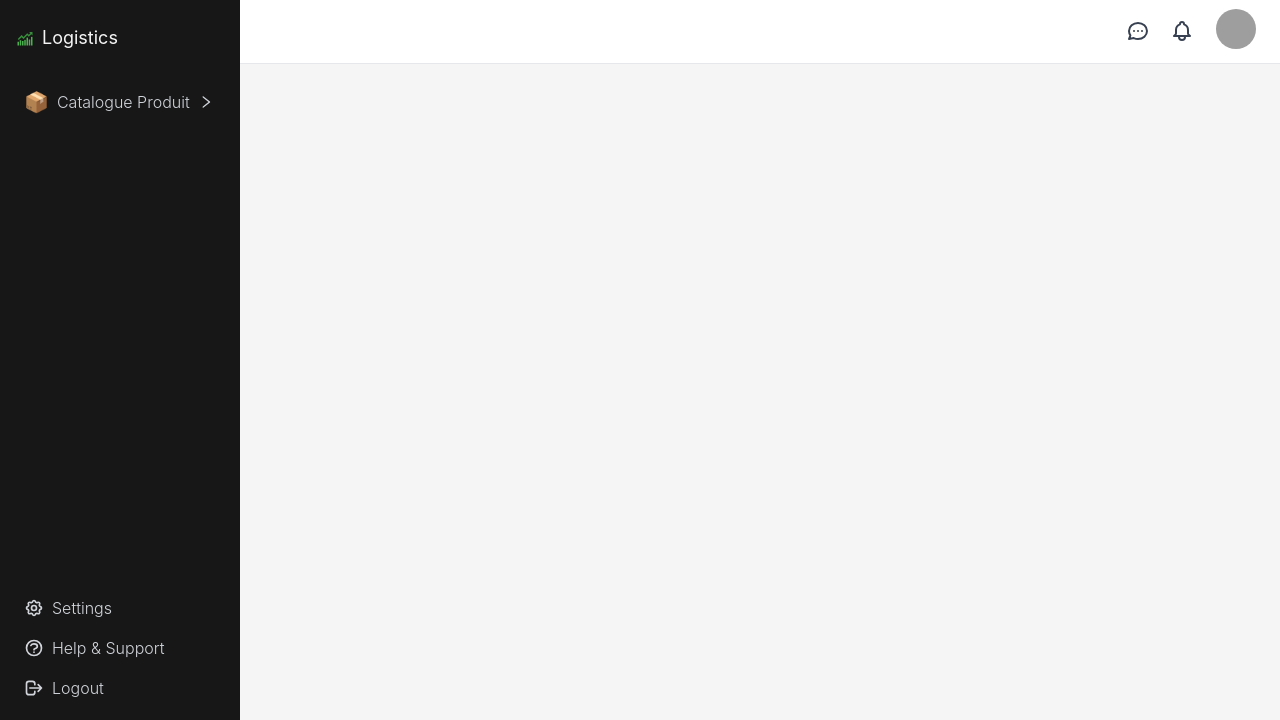
Repository: Mayar2222/Dashboard
Page: /
An editor plug-in stored every save of this project. The page is shown before and after the next save, followed by the edit.
The browser window is 1280 px wide. The pictures show the whole page.
Pictures or frames that could not be fetched are drawn as grey boxes. The project was rebuilt for these pictures with package versions that can differ from the ones it lists, and the page was loaded fresh each time. Also part of the build but not shown: src/components/CatalogueProduits.jsx, src/components/Categories.jsx.

Above is the page before, as saved 2024-07-28 17:01:19.

### src/App.jsx
import { Route, BrowserRouter as Router, Routes } from "react-router-dom";
import CatalogueProduits from "./components/CatalogueProduits";
import Categories from "./components/Categories";
import Layout from "./components/shared/Layout";

function App() {
  return (
      <Router>
      <Routes>
        <Route path="/"  element={<Layout/>}>
          <Route path="CatalogueProduits"  element={<CatalogueProduits/>}/>
          <Route path="Categories"  element={<Categories/>}/>

          <Route path="login"  element={<div>this login page</div>}/>

        </Route>
      </Routes>
      </Router>
  );
}

export default App;

### src/index.css
@import url('https://fonts.googleapis.com/css2? family=Poppins:wght@400; 600;700&display=swap');


@tailwind base;
@tailwind components;
@tailwind utilities;

@layer base {
    html {
        font-family: 'Inter', sans-serif;
        line-height: 1.3;
    }
    table {
        /* Add any specific styles for the table here if needed */
    }
    th,
    td {
        @apply py-3 px-2.5 text-sm text-left border-y border-gray-200;
    }
    thead {
        @apply bg-neutral-100;
    }
    th {
        @apply font-semibold;
    }
    a {
        @apply text-sky-500 hover:underline;
    }
}

### src/components/shared/Layout.jsx
import React from 'react'
import { Outlet } from 'react-router-dom'
import Header from './Header'
import Sidebar from './Sidebar'
export default function Layout() {
  return (
    <div className='flex flex-row bg-neutral-100 h-screen w-screen overflow-hidden'>
<Sidebar/>
     <div className='flex-1'>
      <Header/>
      <div className='p-4'>{<Outlet/>}</div>

      </div>


    </div>
  )
}

### src/components/shared/Header.jsx
import { Menu, Popover, Transition } from '@headlessui/react';
import React, { Fragment } from 'react';
import { HiOutlineBell, HiOutlineChat } from 'react-icons/hi';

export default function Header() {
  return (
    <div className='bg-white h-16 px-4 flex justify-between items-center border-b border-gray-200'>
      <div className='relative'>

      </div>
      <div className="flex items-center gap-2 mr-2">
        <Popover className="relative">
          {({ open }) => (
            <>
              <Popover.Button
                className={`p-1.5 rounded-sm inline-flex items-center ${open ? 'text-gray-900' : 'text-gray-700 hover:text-gray-900'} focus:outline-none`}
              >
                <HiOutlineChat fontSize={24} />
              </Popover.Button>
              <Transition
                as={Fragment}
                enter="transition ease-out duration-200"
                enterFrom="opacity-0 translate-y-1"
                enterTo="opacity-100 translate-y-0"
                leave="transition ease-in duration-150"
                leaveFrom="opacity-100 translate-y-0"
                leaveTo="opacity-0 translate-y-1"
              >
                <Popover.Panel className="absolute right-0 z-10 mt-2.5 w-80">
                  <div className="bg-white rounded-sm shadow-md ring-1 ring-black ring-opacity-5 px-2 py-2.5">
                    <strong className="text-gray-700 font-medium">Messages</strong>
                    <div className="mt-2">This is the messages panel!</div>
                  </div>
                </Popover.Panel>
              </Transition>
            </>
          )}
        </Popover>

        <Popover className="relative">
          {({ open }) => (
            <>
              <Popover.Button
                className={`p-1.5 rounded-sm inline-flex items-center ${open ? 'text-gray-900' : 'text-gray-700 hover:text-gray-900'} focus:outline-none`}
              >
                <HiOutlineBell fontSize={24} />
              </Popover.Button>
              <Transition
                as={Fragment}
                enter="transition ease-out duration-200"
                enterFrom="opacity-0 translate-y-1"
                enterTo="opacity-100 translate-y-0"
                leave="transition ease-in duration-150"
                leaveFrom="opacity-100 translate-y-0"
                leaveTo="opacity-0 translate-y-1"
              >
                <Popover.Panel className="absolute right-0 z-10 mt-2.5 w-80">
                  <div className="bg-white rounded-sm shadow-md ring-1 ring-black ring-opacity-5 px-2 py-2.5">
                    <strong className="text-gray-700 font-medium">Notifications</strong>
                    <div className="mt-2">This is the notifications panel!</div>
                  </div>
                </Popover.Panel>
              </Transition>
            </>
          )}
        </Popover>

        <Menu as="div" className="relative">
          <div>
            <Menu.Button className="ml-2 inline-flex">
              <span className='sr-only'>Open user menu</span>
              <div className='h-10 w-10 rounded-full bg-sky-500 bg-cover bg-no-repeat bg-center' style={{backgroundImage: 'url("https://images.unsplash.com/photo-1529626455594-4ff0802cfb7e?crop=faces&fit=crop&w=80&h=80&q=80")'}}>
                <span className='sr-only'>Mayar</span>
              </div>
            </Menu.Button>
          </div>
          <Transition
            as={Fragment}
            enter="transition ease-out duration-200"
            enterFrom="opacity-0 translate-y-1"
            enterTo="opacity-100 translate-y-0"
            leave="transition ease-in duration-150"
            leaveFrom="opacity-100 translate-y-0"
            leaveTo="opacity-0 translate-y-1"
          >
            <Menu.Items className="absolute right-0 mt-2 w-48 origin-top-right bg-white border border-gray-200 divide-y divide-gray-100 rounded-md shadow-lg outline-none">
              <div className="px-4 py-3">
                <p className="text-sm">Signed in as</p>
                <p className="text-sm font-medium text-gray-900 truncate">Mayar</p>
              </div>
              <div className="py-1">
                <Menu.Item>
                  {({ active }) => (
                    <a
                      href="/profile"
                      className={`${
                        active ? 'bg-gray-100 text-gray-900' : 'text-gray-700'
                      } flex justify-between w-full px-4 py-2 text-sm leading-5 text-left`}
                    >
                      Your Profile
                    </a>
                  )}
                </Menu.Item>
                <Menu.Item>
                  {({ active }) => (
                    <a
                      href="/settings"
                      className={`${
                        active ? 'bg-gray-100 text-gray-900' : 'text-gray-700'
                      } flex justify-between w-full px-4 py-2 text-sm leading-5 text-left`}
                    >
                      Settings
                    </a>
                  )}
                </Menu.Item>
              </div>
              <div className="py-1">
                <Menu.Item>
                  {({ active }) => (
                    <a
                      href="/logout"
                      className={`${
                        active ? 'bg-gray-100 text-gray-900' : 'text-gray-700'
                      } flex justify-between w-full px-4 py-2 text-sm leading-5 text-left`}
                    >
                      Sign out
                    </a>
                  )}
                </Menu.Item>
              </div>
            </Menu.Items>
          </Transition>
        </Menu>
      </div>
    </div>
  );
}

### src/components/shared/Sidebar.jsx
import React, { useState } from 'react';
import { AiOutlineDown, AiOutlineRight } from 'react-icons/ai';
import { FcBullish } from 'react-icons/fc';
import { HiOutlineLogout } from 'react-icons/hi';
import { Link, useLocation } from 'react-router-dom';
import { DASHBOARD_SIDEBAR_BOTTOM_LINKS, DASHBOARD_SIDEBAR_LINKS } from '../../lib/consts/navigation';

const linkClasses =
  'flex items-center gap-2 font-light px-3 py-2 hover:bg-neutral-700 hover:no-underline active:bg-neutral-600 rounded-sm text-base text-gray-300';

const titleClasses = 'flex items-center gap-2 px-1 py-3 text-neutral-100 text-lg';

export default function Sidebar() {
  const { pathname } = useLocation();
  const [isCatalogueOpen, setIsCatalogueOpen] = useState(false);

  const toggleCatalogue = () => {
    setIsCatalogueOpen(!isCatalogueOpen);
  };

  return (
    <div className="bg-neutral-900 w-60 p-3 flex flex-col text-white h-full fixed">
      <div className={titleClasses}>
        <FcBullish />
        <span>Logistics</span>
      </div>
      <div className="flex-1 mt-4">
        <div>
          <button onClick={toggleCatalogue} className={linkClasses}>
            <span className="text-xl">📦</span>
            <span>Catalogue Produit</span>
            {isCatalogueOpen ? <AiOutlineDown /> : <AiOutlineRight />}
          </button>
          {isCatalogueOpen && (
            <div className="ml-6 mt-2">

              <Link to="/categories" className={linkClasses}>
                Catégories du produit
              </Link>
              <Link to="/produit" className={linkClasses}>
                Produit
              </Link>
              <Link to="/spf" className={linkClasses}>
              Spécificités
              </Link>
              <Link to="/historique" className={linkClasses}>
              Historique de stock
              </Link>
              <Link to="/stock" className={linkClasses}>
              Stock
              </Link>
            </div>
          )}
        </div>
        {DASHBOARD_SIDEBAR_LINKS.filter(link => link.label !== "Catalogue Produit").map(({ key, path, icon, label }) => (
          <Link
            key={key}
            to={path}
            className={`${linkClasses} ${pathname === path ? 'bg-neutral-700' : ''}`}
          >
            {icon && <span className="text-xl">{icon}</span>}
            <span>{label}</span>
          </Link>
        ))}
      </div>
      <div className="mt-4">
        {DASHBOARD_SIDEBAR_BOTTOM_LINKS.map(({ key, path, icon, label }) => (
          <Link
            key={key}
            to={path}
            className={`${linkClasses} ${pathname === path ? 'bg-neutral-700' : ''}`}
          >
            {icon && <span className="text-xl">{icon}</span>}
            <span>{label}</span>
          </Link>
        ))}
        <Link
          to="/logout" // Adjust the path as needed
          className={linkClasses}
        >
          <HiOutlineLogout className="text-xl" />
          <span>Logout</span>
        </Link>
      </div>
    </div>
  );
}

### src/lib/consts/navigation.jsx
import {
	HiOutlineCog,
	HiOutlineCube,
	HiOutlineQuestionMarkCircle
} from 'react-icons/hi'

export const DASHBOARD_SIDEBAR_LINKS = [

	{
		key: 'CatalogueProduits',
		label: 'Catalogue Produit',
		path: '/CatalogueProduits',
		icon: <HiOutlineCube />
	},



]

export const DASHBOARD_SIDEBAR_BOTTOM_LINKS = [
	{
		key: 'settings',
		label: 'Settings',
		path: '/settings',
		icon: <HiOutlineCog />
	},
	{
		key: 'support',
		label: 'Help & Support',
		path: '/support',
		icon: <HiOutlineQuestionMarkCircle />
	}
]

Loaded but not shown: public/index.html (common file); src/index.js (common file); tailwind.config.js (common file)

After the next save:
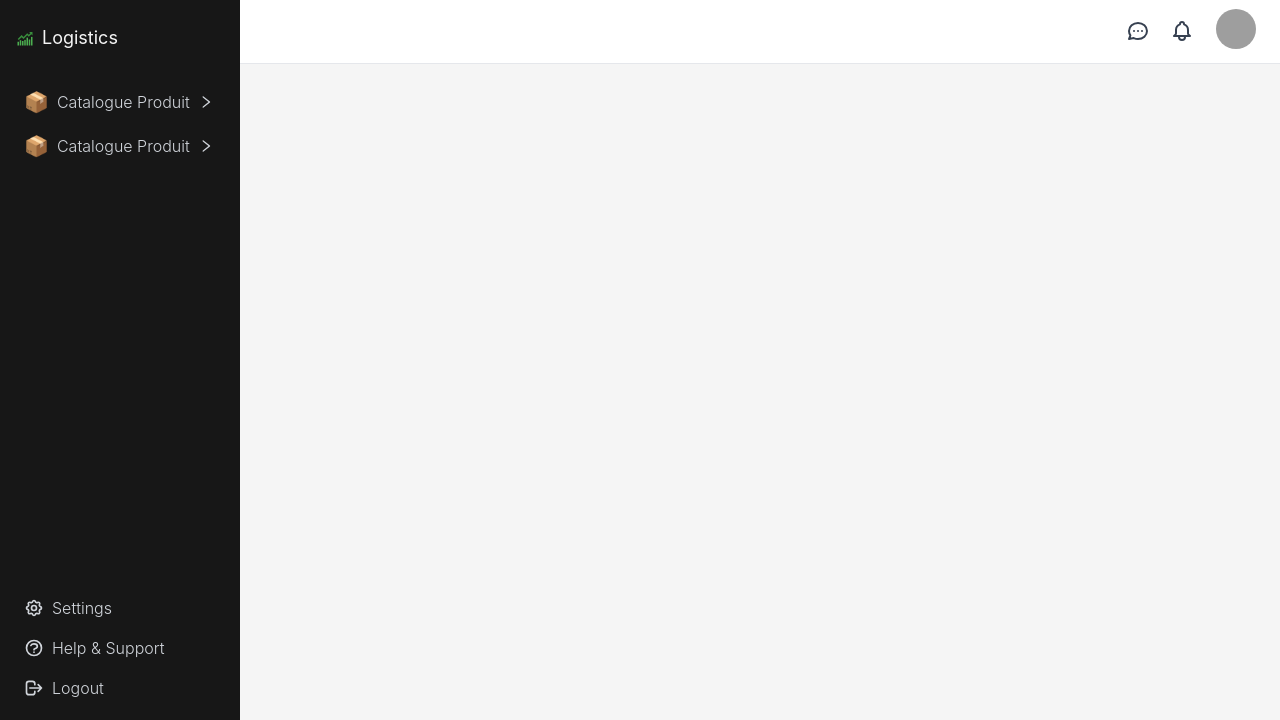
Saved 66 s later.
--- a/src/components/shared/Sidebar.jsx
+++ b/src/components/shared/Sidebar.jsx
@@ -25,6 +25,33 @@ export default function Sidebar() {
         <span>Logistics</span>
       </div>
       <div className="flex-1 mt-4">
+        <div>
+          <button onClick={toggleCatalogue} className={linkClasses}>
+            <span className="text-xl">📦</span>
+            <span>Catalogue Produit</span>
+            {isCatalogueOpen ? <AiOutlineDown /> : <AiOutlineRight />}
+          </button>
+          {isCatalogueOpen && (
+            <div className="ml-6 mt-2">
+
+              <Link to="/categories" className={linkClasses}>
+                Catégories du produit
+              </Link>
+              <Link to="/produit" className={linkClasses}>
+                Produit
+              </Link>
+              <Link to="/spf" className={linkClasses}>
+              Spécificités
+              </Link>
+              <Link to="/historique" className={linkClasses}>
+              Historique de stock
+              </Link>
+              <Link to="/stock" className={linkClasses}>
+              Stock
+              </Link>
+            </div>
+          )}
+        </div>
         <div>
           <button onClick={toggleCatalogue} className={linkClasses}>
             <span className="text-xl">📦</span>
